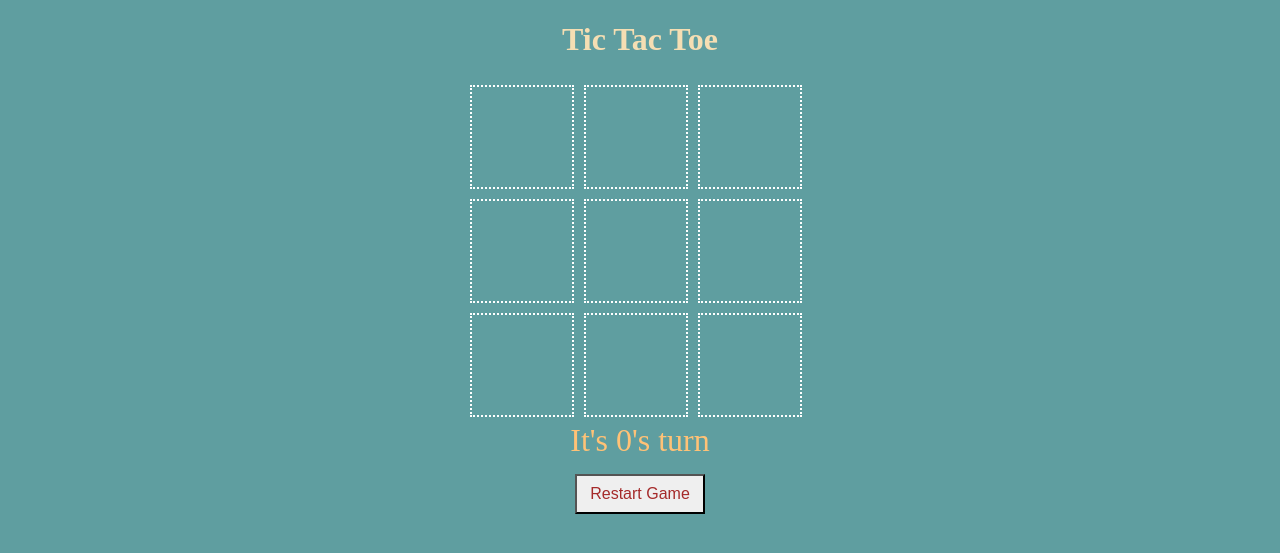
Repository: Hasmik-icml/Tic-Tac-Toe
Page: index.html
The author's editor kept a copy of each file at every save. The page is drawn from the files as they stood at one save, then again after a run of saves.
The browser window is 1280 px wide. The pictures show the whole page.
After loading, the first visible `div.container` was clicked once.

Above is the page before, as saved 2022-02-03 01:08:47.

### index.html
<!DOCTYPE html>
<html lang="en">
<head>
  <meta charset="UTF-8">
  <meta http-equiv="X-UA-Compatible" content="IE=edge">
  <meta name="viewport" content="width=device-width, initial-scale=1.0">
  <link rel="stylesheet" href="/style.css">
  <title>Tic Tac Toe</title>
</head>
<body>
  <h1>Tic Tac Toe</h1>
  <div class="container">
    <div class="box"></div>
    <div class="box"></div>
    <div class="box"></div>
    <div class="box"></div>
    <div class="box"></div>
    <div class="box"></div>
    <div class="box"></div>
    <div class="box"></div>
    <div class="box"></div>
  </div>
  <p class="display-player">It's x's turn</p>
  <button class="restart">Restart Game</button>
  <script src="/index.js"></script>
</body>
</html>

### style.css
body {
  background-color: cadetblue;
  text-align: center;
}

.container {
  display: flex;
  flex-wrap: wrap;
  width: 350px;
  margin: auto;
}

.box {
  border: 2px dotted white;
  margin: 5px;
  width: 100px;
  height: 100px;
  display: flex;
  justify-content: center;
  align-items: center;
  color: #ffc276;
  font-size: xxx-large;
  font-family: cursive;
}

h1 {
  text-align: center;
  color: wheat;
}

.display-player {
  text-align: center;
  color: #ffc276;
  font-size: xx-large;
  margin: 0;
}

.restart {
border-style: outset;
color: brown;
height: 40px;
width: 130px;
font-size: inherit;
margin-top: 15px;
}
.restart:active {
  cursor: pointer;
  border-style: inset;
}

### index.js
let player = "0";
let winer = false;

document.querySelector(".restart").onclick = () => {
  window.location.reload();
}

document.querySelector(".container").onclick = (event) => {
  let move = event.target;
  let itsTurn = document.querySelector(".display-player");

  if (!winer) {
    itsTurn.innerHTML = `It's ${player}'s turn`;

    player = (player === "0") ? "x" : "0";
    move.innerHTML = (move.innerHTML === "") ? player : move.innerHTML;
    isWon();
  }
}



function isWon() {
  let result = document.querySelector(".display-player");
  let moves = document.querySelectorAll(".box");
  let box1 = moves[0].innerHTML;
  let box2 = moves[1].innerHTML;
  let box3 = moves[2].innerHTML;
  let box4 = moves[3].innerHTML;
  let box5 = moves[4].innerHTML;
  let box6 = moves[5].innerHTML;
  let box7 = moves[6].innerHTML;
  let box8 = moves[7].innerHTML;
  let box9 = moves[8].innerHTML;

  if (box1 == box2 && box2 == box3 && box3 !== "") {
    result.innerHTML = `Player ${player} is won`;
    console.log("stugum2");
    winer = true;
    return;
  }
  if (box4 == box5 && box5 == box6 && box6 !== "") {
    result.innerHTML = `Player ${player} is won`;
    console.log("stugum2");
    winer = true;
    return;
  }
  if (box7 == box8 && box8 == box9 && box9 !== "") {
    result.innerHTML = `Player ${player} is won`;
    console.log("stugum3");
    winer = true;
    return;
  }
  if (box1 == box4 && box4 == box7 && box7 !== "") {
    result.innerHTML = `Player ${player} is won`;
    console.log("stugum4");
    winer = true;
    return;
  }
  if (box2 == box5 && box5 == box8 && box8 !== "") {
    result.innerHTML = `Player ${player} is won`;
    console.log("stugum5");
    winer = true;
    return;
  }
  if (box3 == box6 && box6 == box9 && box9 !== "") {
    result.innerHTML = `Player ${player} is won`;
    console.log("stugum6");
    winer = true;
    return;
  }
  if (box3 == box5 && box5 == box7 && box7 !== "") {
    result.innerHTML = `Player ${player} is won`;
    console.log("stugum7");
    winer = true;
    return;
  }
  if (box1 == box5 && box5 == box9 && box9 !== "") {
    result.innerHTML = `Player ${player} is won`;
    console.log("stugum8");
    winer = true;
    return;
  }

let statusNoOnes =false;

  for (let i = 0; i < moves.length; i++) {
    if (moves[i].innerHTML === "") {
      statusNoOnes = false;
      break;
    }else{
      statusNoOnes = true;
    }
  }
  if (statusNoOnes) {
    result.innerHTML = `No One's`;
  }


}

After the next 2 saves:
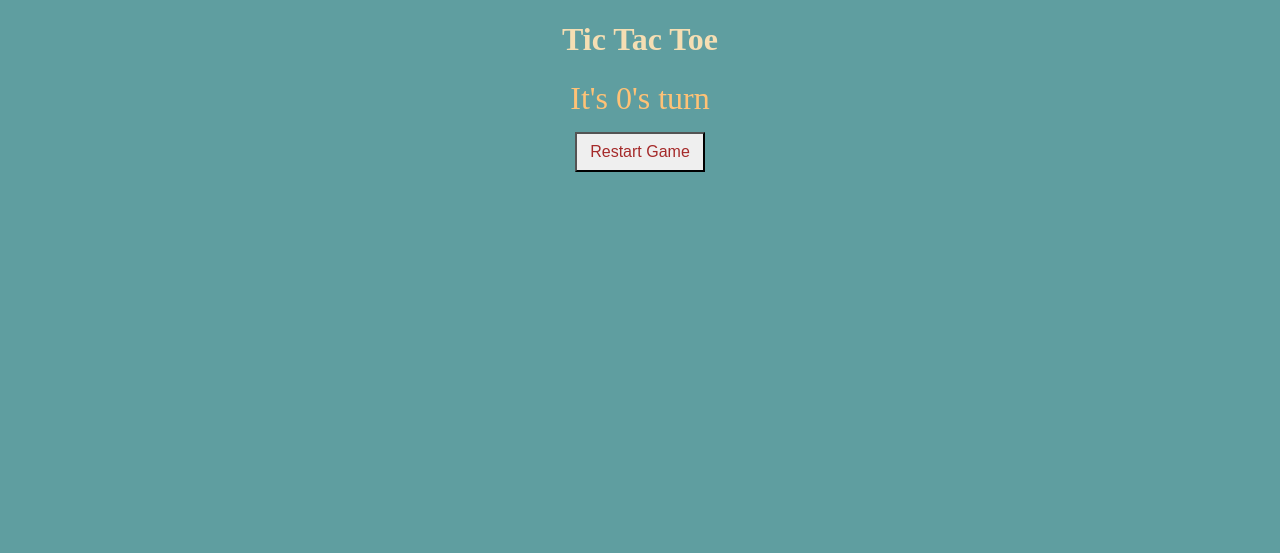
Console error: TypeError: Cannot read properties of undefined (reading 'innerHTML')
The 2 saves are shown as one change because they came seconds apart.
The last was saved 54 s later.
--- a/index.js
+++ b/index.js
@@ -13,7 +13,7 @@
     itsTurn.innerHTML = `It's ${player}'s turn`;
 
     player = (player === "0") ? "x" : "0";
-    move.innerHTML = (move.innerHTML === "") ? player : move.innerHTML;
+    move.innerHTML = (move.innerHTML === "") ? player : "";
     isWon();
   }
 }

After the save that followed:
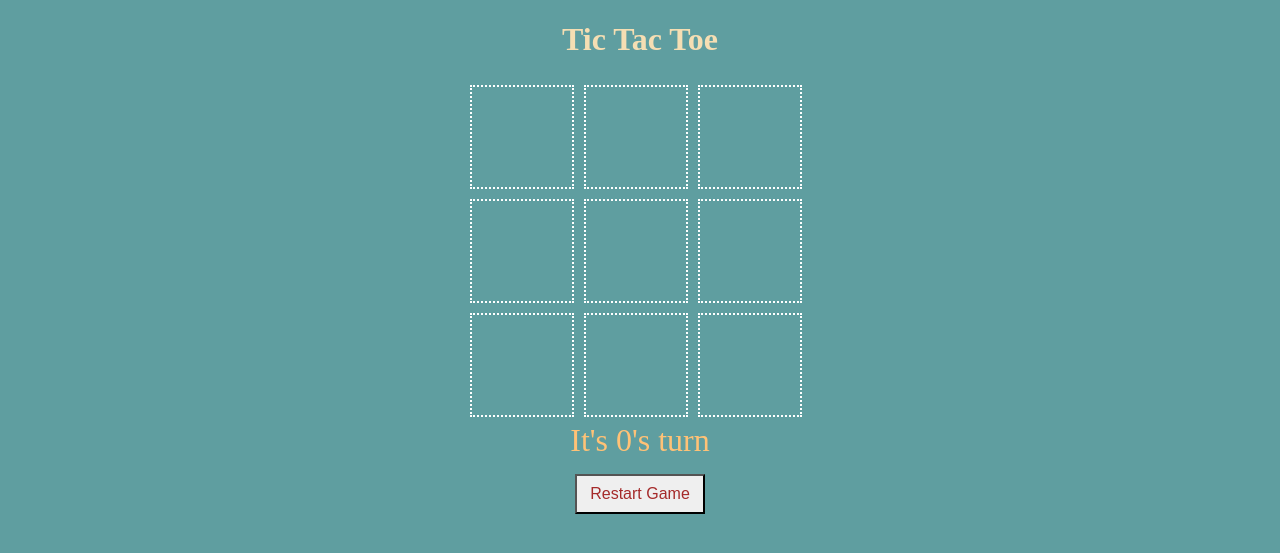
The error is gone.
Saved 33 s later.
--- a/index.js
+++ b/index.js
@@ -13,7 +13,7 @@
     itsTurn.innerHTML = `It's ${player}'s turn`;
 
     player = (player === "0") ? "x" : "0";
-    move.innerHTML = (move.innerHTML === "") ? player : "";
+    move.innerHTML = (move.innerHTML === "") ? player : move.innerHTML;
     isWon();
   }
 }
